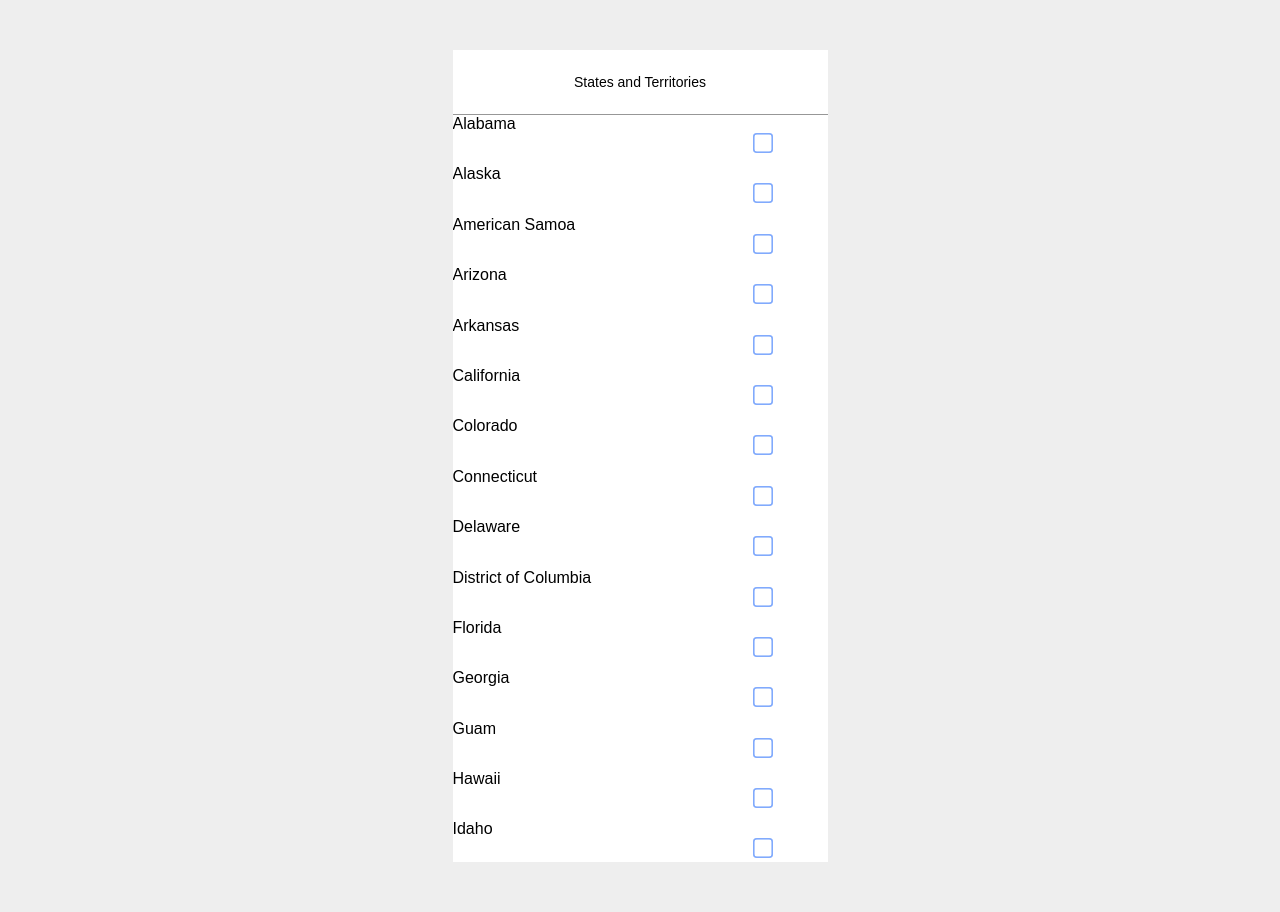
Repository: zitac234/codingTest
Page: /
The author's editor kept a copy of each file at every save. The page is drawn from the files as they stood at one save, then again after a run of saves.
The browser window is 1280 px wide. The pictures show the whole page.
The project was rebuilt for these pictures with package versions that can differ from the ones it lists, and the page was loaded fresh each time.

Above is the page before, as saved 2021-03-31 15:22:54.

### src/index.css
body {
  margin: 0;
  font-family: 'Arial', sans-serif;
  -webkit-font-smoothing: antialiased;
  -moz-osx-font-smoothing: grayscale;
  background-color: #eee;
}

### src/Header.js
import "./Header.css";

export function Header() {
  return (
    <header className="header">
      <span className="title">States and Territories</span>
    </header>
  );
}

### src/List.js
import { Fragment } from "react";
import { Checkbox } from "./Checkbox";
import "./List.css";
export function List(props) {
  return (
    <div className="list">
      {props.items.map((item) => (
        <Fragment key={item}>
          <div className='line'>
            <div className='state'>{item}</div><div className='checkbox'><Checkbox/></div><br />
          {/* You also have <Checkbox selected={false} /> */}
          </div>
          </Fragment>
      ))}
    </div>
  );
}

### src/_data.js
export const data = [
  "Alabama",
  "Alaska",
  "American Samoa",
  "Arizona",
  "Arkansas",
  "California",
  "Colorado",
  "Connecticut",
  "Delaware",
  "District of Columbia",
  "Florida",
  "Georgia",
  "Guam",
  "Hawaii",
  "Idaho",
  "Illinois",
  "Indiana",
  "Iowa",
  "Kansas",
  "Kentucky",
  "Louisiana",
  "Maine",
  "Maryland",
  "Massachusetts",
  "Michigan",
  "Minnesota",
  "Mississippi",
  "Missouri",
  "Montana",
  "Nebraska",
  "Nevada",
  "New Hampshire",
  "New Jersey",
  "New Mexico",
  "New York",
  "North Carolina",
  "North Dakota",
  "Northern Mariana Islands",
  "Ohio",
  "Oklahoma",
  "Oregon",
  "Pennsylvania",
  "Puerto Rico",
  "Rhode Island",
  "South Carolina",
  "South Dakota",
  "Tennessee",
  "Texas",
  "Utah",
  "Vermont",
  "Virgin Islands",
  "Virginia",
  "Washington",
  "West Virginia",
  "Wisconsin",
  "Wyoming"
]

### src/Header.css
.header {
  width: 100%;
  font-size: 14px;
  display: flex;
  border-bottom: 1px solid #979797;
}

.title {
  line-height: 24px;
  margin: 20px auto;
}

### src/Checkbox.js
import selected from "./Checkbox-Filled.svg";
import unselected from "./Checkbox-Empty.svg";

export function Checkbox(props) {
  return (
    <img
      width={20}
      height={20}
      src={props.selected ? selected : unselected}
      alt={`Checkbox ${selected ? "selected" : "unselected"}`}
    />
  );
}

### src/List.css
.list {
  flex: 1;
  overflow: auto;
}
.line{
  height: 7vh;
}
.checkbox{
  margin-left: 80%;
  margin-bottom: 2vh;
}

Loaded but not shown: public/index.html (common file); src/index.js (common file); src/App.js (common file); src/App.css (common file)

After the next 2 saves:
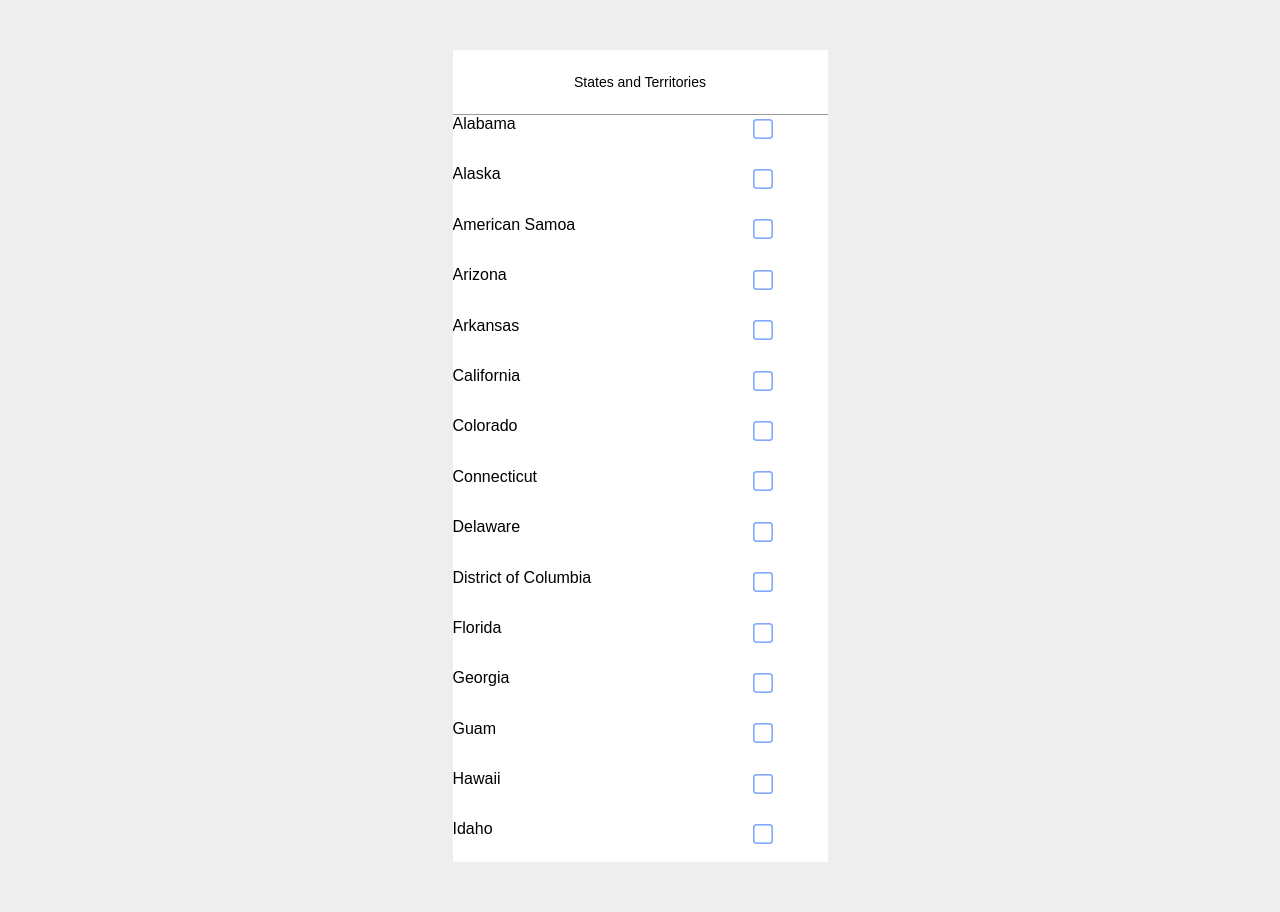
The 2 saves are shown as one change because they came seconds apart.
The last was saved 26 s later.
--- a/src/List.css
+++ b/src/List.css
@@ -7,5 +7,5 @@
 }
 .checkbox{
   margin-left: 80%;
-  margin-bottom: 2vh;
+  margin-top: -2vh;
 }
